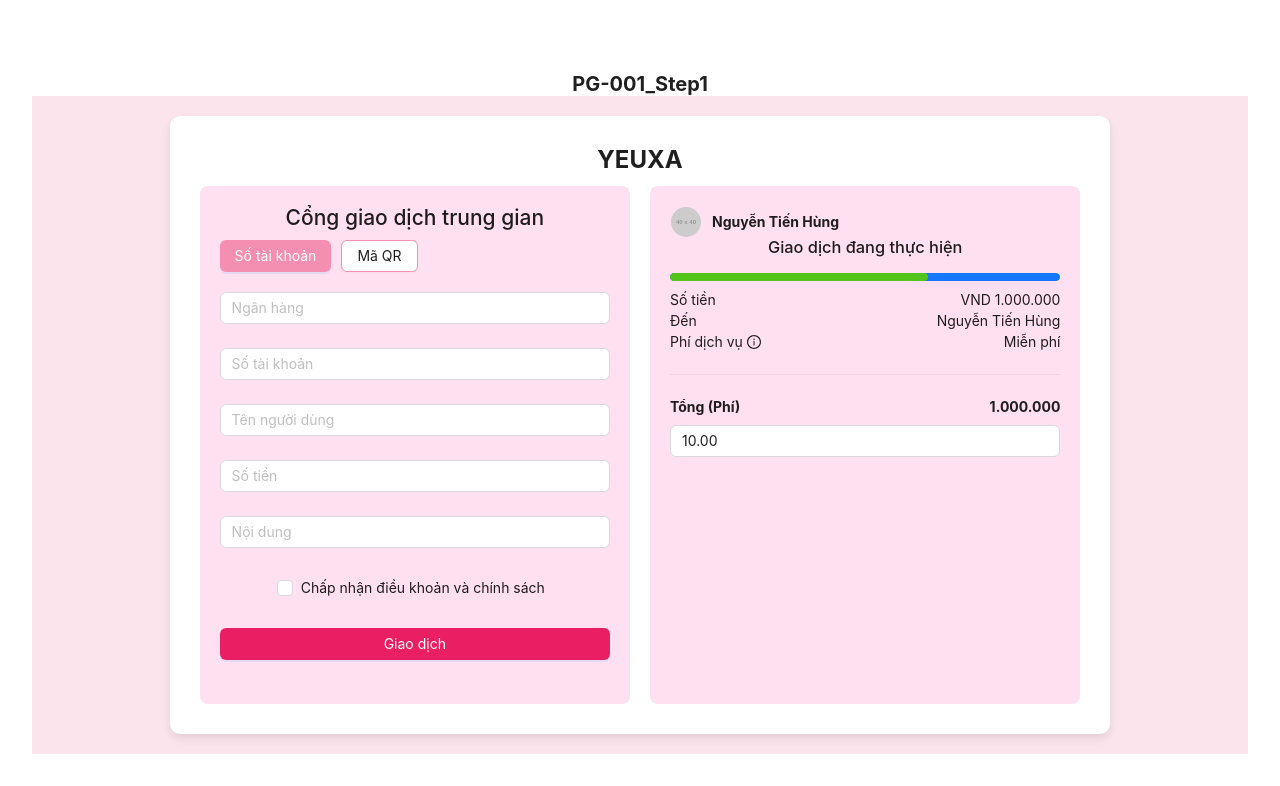
Repository: kieuduc123/YEUXA
Page: /
The author's editor kept a copy of each file at every save. The page is drawn from the files as they stood at one save, then again after the next save.
The browser window is 1280 px wide. The pictures show the whole page.
The project was rebuilt for these pictures with package versions that can differ from the ones it lists, and the page was loaded fresh each time. Also part of the build but not shown: vite.config.ts.

Above is the page before, as saved 2025-03-26 08:55:35.

### index.html
<!doctype html>
<html lang="en">

<head>
  <meta charset="UTF-8" />
  <link rel="icon" type="image/svg+xml" href="/vite.svg" />
  <meta name="viewport" content="width=device-width, initial-scale=1.0" />
  <title>YeuXa</title>
</head>

<body>
  <div id="root"></div>
  <script type="module" src="/src/main.tsx"></script>
</body>

</html>

### src/main.tsx
import { StrictMode } from 'react'
import { createRoot } from 'react-dom/client'
import App from './App.tsx'
import "@/styles/main.scss"

createRoot(document.getElementById('root')!).render(
  <StrictMode>
    <App />
  </StrictMode>,
)

### src/App.tsx
import React from "react";
import { Layout, Form, Input, Button, Checkbox, Divider, Progress, Avatar } from "antd";
import { InfoCircleOutlined } from "@ant-design/icons";
import "antd/dist/reset.css";

const { Header, Content } = Layout;

const App = () => {
  return (
    <Layout className="layout">
      {/* Header */}
      <Header className="header">
        <div className="logo">PG-001_Step1</div>
      </Header>

      {/* Content */}
      <Content className="content">
        <div className="container">
          <h1 className="title">YEUXA</h1>

          {/* Giao diện giao dịch */}
          <div className="transaction-container">
            {/* Form nhập thông tin giao dịch */}
            <div className="form-section">
              <h2 className="form-title">Cổng giao dịch trung gian</h2>
              <div className="button-group">
                <Button type="primary" className="account-button">
                  Số tài khoản
                </Button>
                <Button className="qr-button">Mã QR</Button>
              </div>
              <Form layout="vertical">
                <Form.Item>
                  <Input placeholder="Ngân hàng" />
                </Form.Item>
                <Form.Item>
                  <Input placeholder="Số tài khoản" />
                </Form.Item>
                <Form.Item>
                  <Input placeholder="Tên người dùng" />
                </Form.Item>
                <Form.Item>
                  <Input placeholder="Số tiền" />
                </Form.Item>
                <Form.Item>
                  <Input placeholder="Nội dung" />
                </Form.Item>
                <Form.Item>
                  <Checkbox>Chấp nhận điều khoản và chính sách</Checkbox>
                </Form.Item>
                <Form.Item>
                  <Button type="primary" block className="submit-button">
                    Giao dịch
                  </Button>
                </Form.Item>
              </Form>
            </div>

            {/* Hiển thị thông tin giao dịch */}
            <div className="transaction-section">
              <div className="transaction-header">
                <Avatar src="https://placehold.co/40x40" />
                <span>Nguyễn Tiến Hùng</span>
              </div>
              <h3 className="transaction-title">Giao dịch đang thực hiện</h3>
              <Progress percent={100} success={{ percent: 66 }} showInfo={false} />

              {/* Chi tiết giao dịch */}
              <div className="transaction-info">
                <div className="info-row">
                  <span>Số tiền</span>
                  <span>VND 1.000.000</span>
                </div>
                <div className="info-row">
                  <span>Đến</span>
                  <span>Nguyễn Tiến Hùng</span>
                </div>
                <div className="info-row">
                  <span>
                    Phí dịch vụ <InfoCircleOutlined />
                  </span>
                  <span>Miễn phí</span>
                </div>
              </div>

              <Divider />

              {/* Tổng tiền */}
              <div className="total-row">
                <span className="total-label">Tổng (Phí)</span>
                <span className="total-amount">1.000.000</span>
              </div>

              {/* Input giá trị giao dịch */}
              <Input value="10.00" className="amount-input" />
            </div>
          </div>
        </div>
      </Content>
    </Layout>
  );
};

export default App;

### src/styles/main.scss
#root {
    max-width: 1280px;
    margin: 0 auto;
    padding: 2rem;
    text-align: center;
}
.layout {
  min-height: 100vh;
  background: #fce4ec; /* Màu nền hồng nhẹ */
}

.header {
  background: #fff;
  padding: 20px;
  font-size: 20px;
  text-align: center;
  font-weight: bold;
}

.content {
  display: flex;
  justify-content: center;
  padding: 20px;
}

.container {
  width: 80%;
  background: white;
  padding: 30px;
  border-radius: 10px;
  box-shadow: 0px 4px 10px rgba(0, 0, 0, 0.1);
}

.title {
  text-align: center;
  font-size: 24px;
  font-weight: bold;
}

.transaction-container {
  display: flex;
  gap: 20px;
}

.form-section,
.transaction-section {
  flex: 1;
  padding: 20px;
  background: #ffe0f0;
  border-radius: 8px;
}

.button-group {
  display: flex;
  gap: 10px;
  margin-bottom: 20px;
}

.account-button {
  background-color: #f48fb1;
  border: none;
}

.qr-button {
  background-color: #fff;
  border: 1px solid #f48fb1;
}

.submit-button {
  background: #e91e63;
  border: none;
  width: 100%;
}

.transaction-header {
  display: flex;
  align-items: center;
  gap: 10px;
  font-weight: bold;
}

.transaction-info .info-row {
  display: flex;
  justify-content: space-between;
  margin: 5px 0;
}

.total-row {
  display: flex;
  justify-content: space-between;
  font-weight: bold;
}

.amount-input {
  width: 100%;
  margin-top: 10px;
}

After the next save:
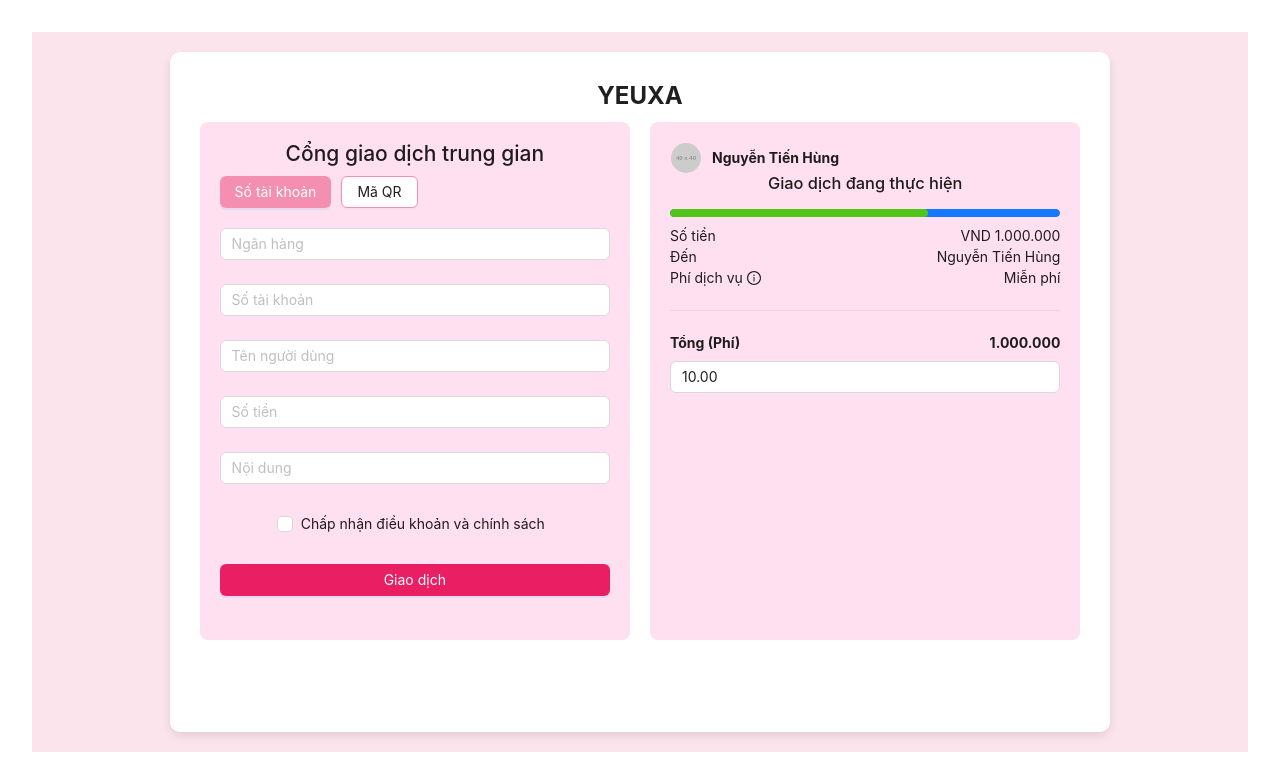
Saved 31 s later.
--- a/src/App.tsx
+++ b/src/App.tsx
@@ -1,17 +1,23 @@
-import React from "react";
-import { Layout, Form, Input, Button, Checkbox, Divider, Progress, Avatar } from "antd";
-import { InfoCircleOutlined } from "@ant-design/icons";
-import "antd/dist/reset.css";
+import React from 'react';
+import {
+  Layout,
+  Form,
+  Input,
+  Button,
+  Checkbox,
+  Divider,
+  Progress,
+  Avatar,
+} from 'antd';
+import { InfoCircleOutlined } from '@ant-design/icons';
+import 'antd/dist/reset.css';
 
-const { Header, Content } = Layout;
+const { Content } = Layout;
 
 const App = () => {
   return (
     <Layout className="layout">
       {/* Header */}
-      <Header className="header">
-        <div className="logo">PG-001_Step1</div>
-      </Header>
 
       {/* Content */}
       <Content className="content">
@@ -63,7 +69,11 @@ const App = () => {
                 <span>Nguyễn Tiến Hùng</span>
               </div>
               <h3 className="transaction-title">Giao dịch đang thực hiện</h3>
-              <Progress percent={100} success={{ percent: 66 }} showInfo={false} />
+              <Progress
+                percent={100}
+                success={{ percent: 66 }}
+                showInfo={false}
+              />
 
               {/* Chi tiết giao dịch */}
               <div className="transaction-info">
